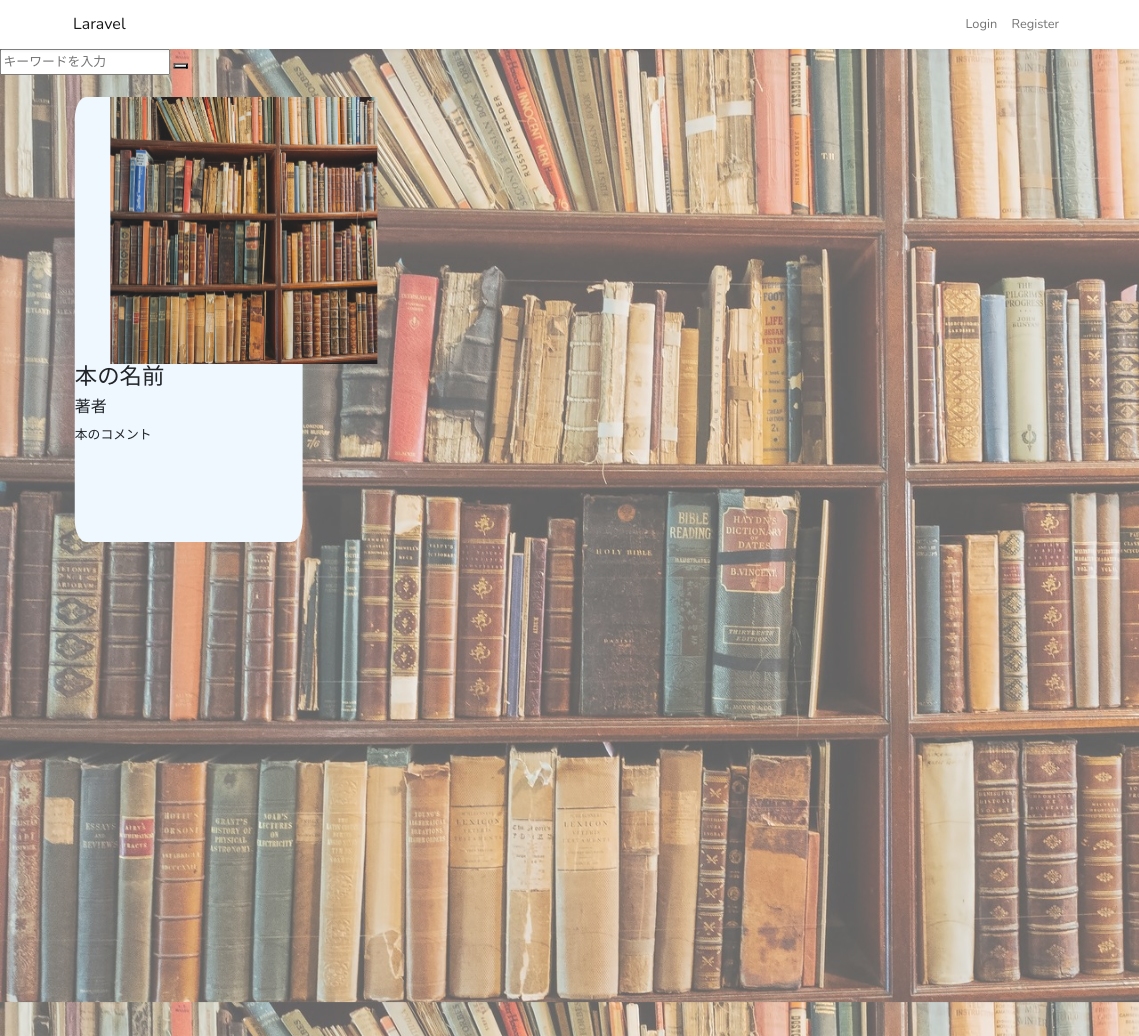
Repository: yamamotoryota1998/Bookreminder
Page: http://localhost/
The author's editor kept a copy of each file at every save. The page is drawn from the files as they stood at one save, then again after the next save.
The browser window is 1280 px wide. The pictures show the whole page, at 89% of full size.
The page is served by the project's Laravel application, run on PHP 8.4 with Laravel 9. Other server files are loaded and not shown. Style sheets and scripts are compiled from the project's sources, by tool versions that may differ from the author's.

Above is the page before, as saved 2023-04-07 17:39:26.

### routes/web.php
<?php

use Illuminate\Support\Facades\Route;

/*
|--------------------------------------------------------------------------
| Web Routes
|--------------------------------------------------------------------------
|
| Here is where you can register web routes for your application. These
| routes are loaded by the RouteServiceProvider within a group which
| contains the "web" middleware group. Now create something great!
|
*/

Route::get('/', function () {
    return view('/home');
});

Auth::routes();

Route::get('/home', [App\Http\Controllers\HomeController::class, 'index'])->name('home');

### resources/views/home.blade.php
@extends('layouts.app')

@section('content')
<div class="wrapper-all" >
    <form action="result" method="post" class="search-form-002">
        @csrf
        <label>
        <input type="text" name="book" placeholder="キーワードを入力">
    </label>
    <button type="submit" aria-label="検索"></button>
</form>
    <div class="wrapper-contents">
        <div class="contents">
            <img src="/public/img/本棚.jpg" class="book-img">
            <h3 class="book-name">本の名前</h3>
            <h5 class="book-artist">著者</h5>
            <p class="book-comment">本のコメント</p>
        </div>
    </div>
</div>
@endsection

### resources/views/layouts/app.blade.php
<!doctype html>
<html lang="{{ str_replace('_', '-', app()->getLocale()) }}">
<head>
    <meta charset="utf-8">
    <meta name="viewport" content="width=device-width, initial-scale=1">

    <!-- CSRF Token -->
    <meta name="csrf-token" content="{{ csrf_token() }}">

    <title>{{ config('app.name', 'Laravel') }}</title>

    <!-- Fonts -->
    <link rel="dns-prefetch" href="//fonts.gstatic.com">
    <link href="https://fonts.bunny.net/css?family=Nunito" rel="stylesheet">
    <link href="{{asset('/style.css')}}" rel="stylesheet">
    <!-- Scripts -->
    @vite(['resources/sass/app.scss', 'resources/js/app.js'])
</head>
<body>
    <div id="app">
        <nav class="navbar navbar-expand-md navbar-light bg-white shadow-sm">
            <div class="container">
                <a class="navbar-brand" href="{{ url('/') }}">
                    {{ config('app.name', 'Laravel') }}
                </a>
                <button class="navbar-toggler" type="button" data-bs-toggle="collapse" data-bs-target="#navbarSupportedContent" aria-controls="navbarSupportedContent" aria-expanded="false" aria-label="{{ __('Toggle navigation') }}">
                    <span class="navbar-toggler-icon"></span>
                </button>

                <div class="collapse navbar-collapse" id="navbarSupportedContent">
                    <!-- Left Side Of Navbar -->
                    <ul class="navbar-nav me-auto">

                    </ul>

                    <!-- Right Side Of Navbar -->
                    <ul class="navbar-nav ms-auto">
                        <!-- Authentication Links -->
                        @guest
                            @if (Route::has('login'))
                                <li class="nav-item">
                                    <a class="nav-link" href="{{ route('login') }}">{{ __('Login') }}</a>
                                </li>
                            @endif

                            @if (Route::has('register'))
                                <li class="nav-item">
                                    <a class="nav-link" href="{{ route('register') }}">{{ __('Register') }}</a>
                                </li>
                            @endif
                        @else
                            <li class="nav-item dropdown">
                                <a id="navbarDropdown" class="nav-link dropdown-toggle" href="#" role="button" data-bs-toggle="dropdown" aria-haspopup="true" aria-expanded="false" v-pre>
                                    {{ Auth::user()->name }}
                                </a>

                                <div class="dropdown-menu dropdown-menu-end" aria-labelledby="navbarDropdown">
                                    <a class="dropdown-item" href="{{ route('logout') }}"
                                       onclick="event.preventDefault();
                                                     document.getElementById('logout-form').submit();">
                                        {{ __('Logout') }}
                                    </a>

                                    <form id="logout-form" action="{{ route('logout') }}" method="POST" class="d-none">
                                        @csrf
                                    </form>
                                </div>
                            </li>
                        @endguest
                    </ul>
                </div>
            </div>
        </nav>
            @yield('content')
        </main>
    </div>
</body>
</html>

### public/style.css

.wrapper-all{
    width: 100%;
    height: 100%;
    background-image: url(img/本棚.jpg);
    background-color:rgba(255,255,255,0.3);
    background-blend-mode:lighten;
}
.wrapper-contents{
    width: 90%;
    height: 1080px;
    margin-left: auto;
    margin-right: auto;
    /* background-color: aqua; */
}
.contents{
    margin-top: 25px;
    margin-left: 20px;
    margin-right: 20px;
    width: 20%;
    height: 500px ;
    position:absolute;
    background-color: aliceblue;
    border-radius: 5%;
}
.book-img{
    width: 300px;
    height: 300px;
    position: relative;
    left: 40px;
}

Loaded but not shown: app/Http/Controllers/Auth/ConfirmPasswordController.php (common file); app/Http/Controllers/Controller.php (common file); resources/sass/app.scss (common file); resources/sass/_variables.scss (common file)

After the next save:
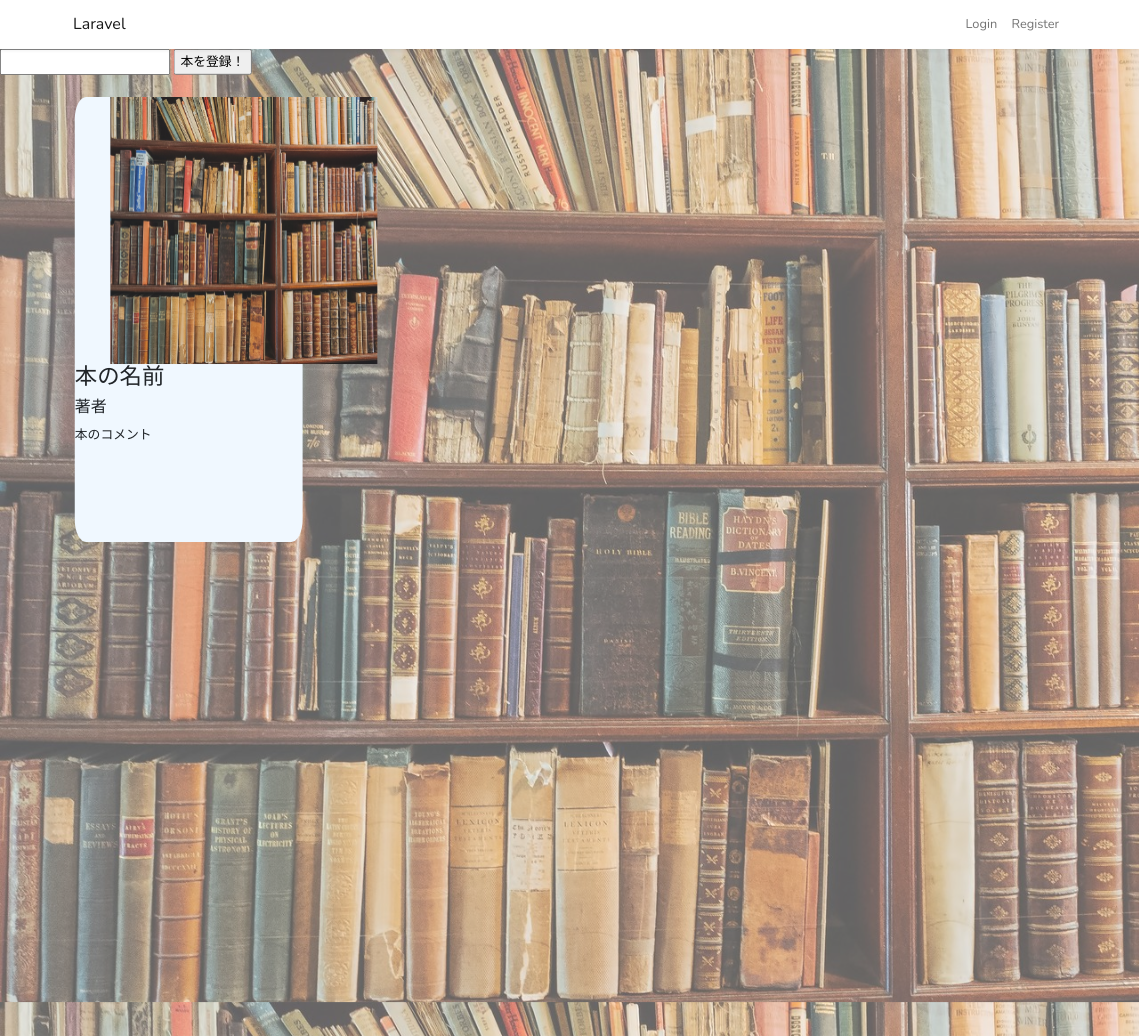
Saved 3 s later.
--- a/resources/views/home.blade.php
+++ b/resources/views/home.blade.php
@@ -2,13 +2,11 @@
 
 @section('content')
 <div class="wrapper-all" >
-    <form action="result" method="post" class="search-form-002">
+    <form action="result" method="post" class="find-form">
         @csrf
-        <label>
-        <input type="text" name="book" placeholder="キーワードを入力">
-    </label>
-    <button type="submit" aria-label="検索"></button>
-</form>
+        <input type="text" name="book" size="20">
+        <input type="submit" value="本を登録！">
+    </form>
     <div class="wrapper-contents">
         <div class="contents">
             <img src="/public/img/本棚.jpg" class="book-img">
